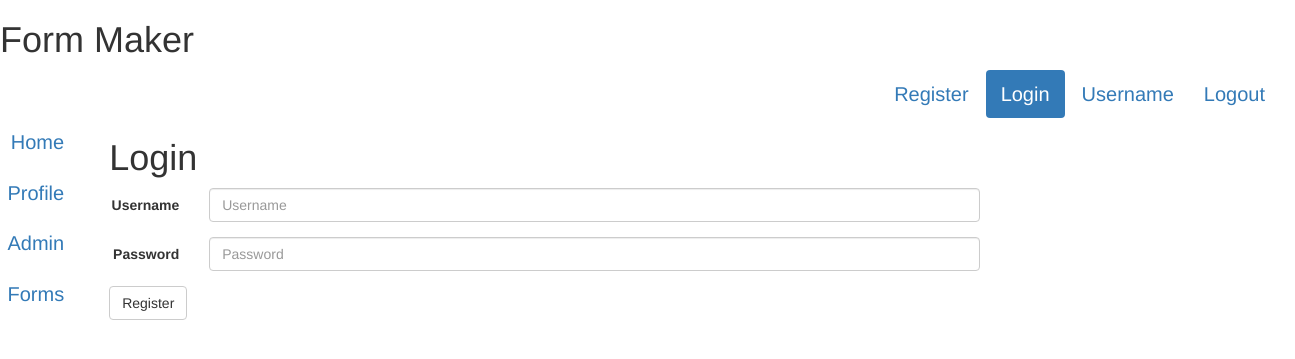
Repository: dishant8/Web-development
Page: public/WebDevWorkspace/Assignment1/WebContent/Css/Bootstrap/login.html
These files come from the project's save history. The page is drawn as it stood at one moment and after the next save; the edit follows.
The browser window is 1280 px wide. The page is 1295 px wide, so the pictures cover 1295 px, including what lies to the right of the window. The pictures show the whole page.

Above is the page before, as saved 2015-10-03 20:35:47.

After the next save:
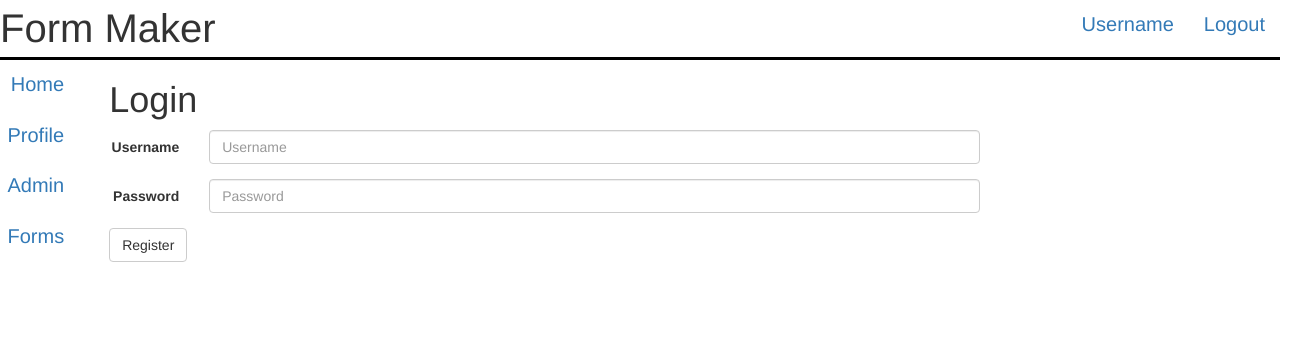
Saved 2 min 11 s later.
--- a/public/WebDevWorkspace/Assignment1/WebContent/Css/Bootstrap/login.html
+++ b/public/WebDevWorkspace/Assignment1/WebContent/Css/Bootstrap/login.html
@@ -12,21 +12,14 @@
 
 </head>
 <body>
-	<div>
-		<header id="form">
-			<h1>Form Maker</h1>
-			<ul class="nav nav-pills">
-				<li id="logout" role="presentation"><a href="login.html">Logout</a></li>
-				<li id="username" role="presentation"><a href="profile.html">Username</a></li>
-				<li id="login" role="presentation" class="active"><a
-					href="login.html">Login</a></li>
-				<li id="register" role="presentation"><a href="register.html">Register</a></li>
-			</ul>
-		</header>
+		<div id="upper-header">
+				<span class="header-width">Form Maker</span>
+				<ul class="nav nav-pills navigate">
+					<li id="logout" role="presentation"><a href="login.html">Logout</a></li>
+					<li id="username" role="presentation"><a href="profile.html">Username</a></li>
+				</ul>
 
-
-
-	</div>
+		</div>
 
 	<div class="row">
 
